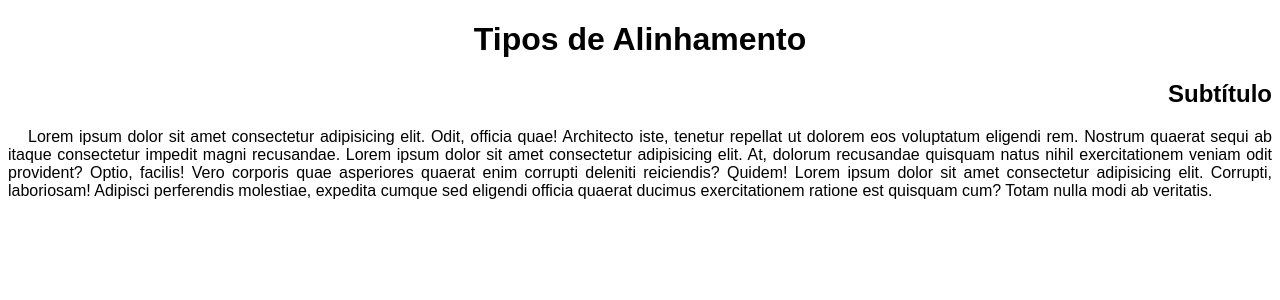
Repository: pheonix5/Estudo
Page: html-css/exercicios/ex017/fonte02.html
These files come from the project's save history. The page is drawn as it stood at one moment and after the next save; the edit follows.
The browser window is 1280 px wide. The pictures show the whole page.

Above is the page before, as saved 2023-08-13 00:52:29.

### html-css/exercicios/ex017/fonte02.html
<!DOCTYPE html>
<html lang="pt-br">
<head>
  <meta charset="UTF-8">
  <meta name="viewport" content="width=device-width, initial-scale=1.0">
  <title>Alinhamentos</title>
  <style>
    body{
      font: normal 16px Arial, Verdana, serif;
      text-align: left;
    }

    h1{
      text-align: center;
    }

    h2{
      text-align: right;
    }

    p{
      text-align: justify;
      text-indent: 20px;
    }
  </style>
</head>
<body>
  <h1>Tipos de Alinhamento</h1>
  <h2>Subtítulo</h2>
  <p>Lorem ipsum dolor sit amet consectetur adipisicing elit. Odit, officia quae! Architecto iste, tenetur repellat ut dolorem eos voluptatum eligendi rem. Nostrum quaerat sequi ab itaque consectetur impedit magni recusandae. Lorem ipsum dolor sit amet consectetur adipisicing elit. At, dolorum recusandae quisquam natus nihil exercitationem veniam odit provident? Optio, facilis! Vero corporis quae asperiores quaerat enim corrupti deleniti reiciendis? Quidem! Lorem ipsum dolor sit amet consectetur adipisicing elit. Corrupti, laboriosam! Adipisci perferendis molestiae, expedita cumque sed eligendi officia quaerat ducimus exercitationem ratione est quisquam cum? Totam nulla modi ab veritatis.</p>
</body>
</html>

After the next save:
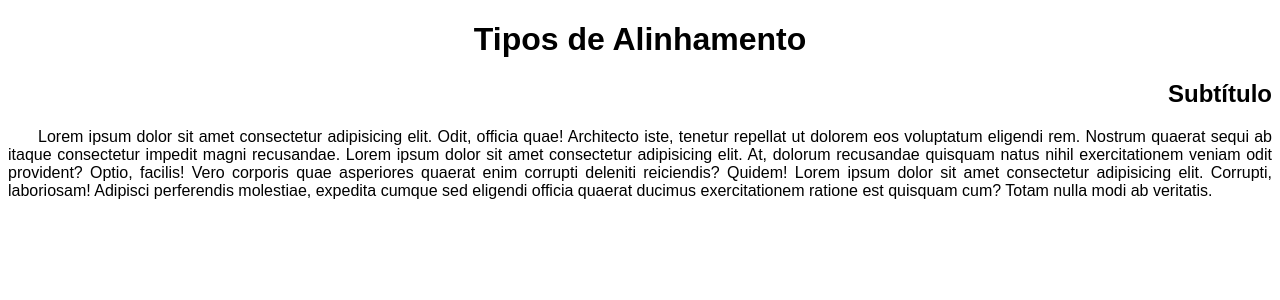
Saved 6 s later.
--- a/html-css/exercicios/ex017/fonte02.html
+++ b/html-css/exercicios/ex017/fonte02.html
@@ -20,7 +20,7 @@
 
     p{
       text-align: justify;
-      text-indent: 20px;
+      text-indent: 30px;
     }
   </style>
 </head>
